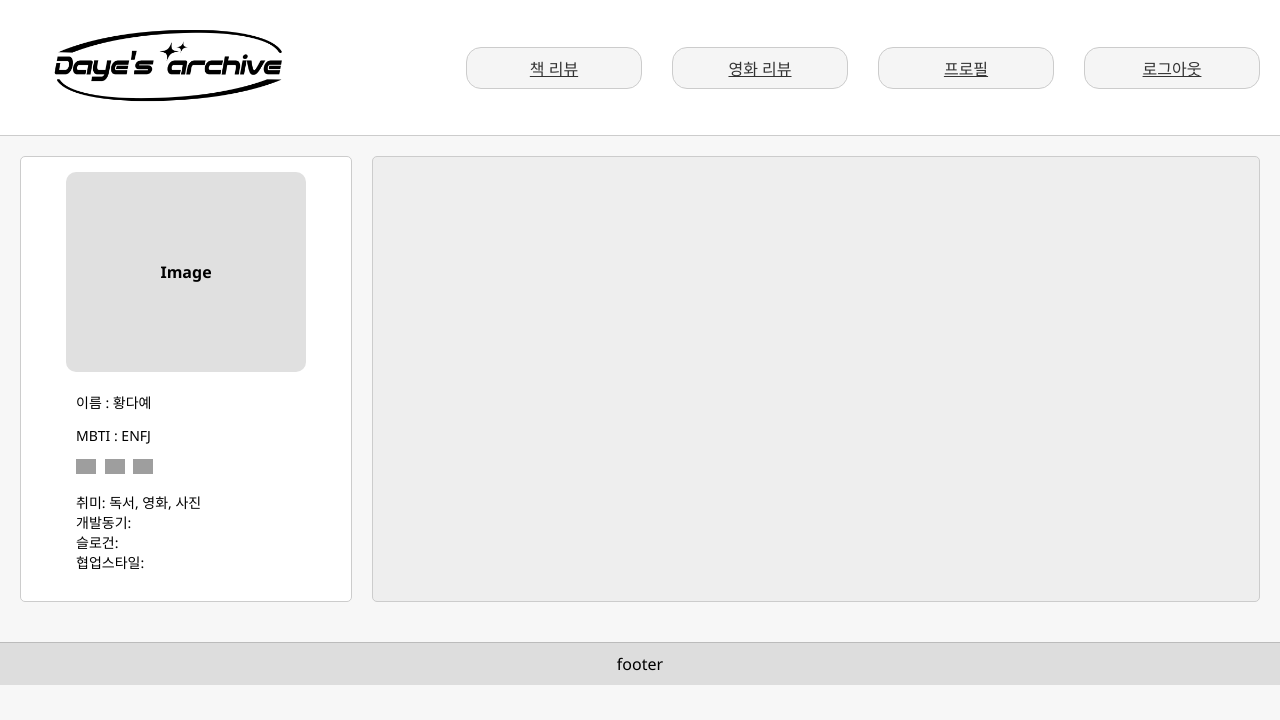
Repository: HWANG-DAYE/spring_project
Page: http://localhost/daye_archive/WEB-INF/views/main.jsp
The author's editor kept a copy of each file at every save. The page is drawn from the files as they stood at one save, then again after the next save.
The browser window is 1280 px wide. The pictures show the whole page.
Pictures or frames that could not be fetched are drawn as grey boxes. The page is served by Tomcat 9. Nobody is signed in. Other server files are loaded and not shown. The template is opened directly, without the code that normally fills it, so the values that code supplies are empty.

Above is the page before, as saved 2025-08-06 06:10:26.

### daye_archive/src/main/webapp/WEB-INF/views/main.jsp
<%@ page language="java" contentType="text/html; charset=UTF-8"
	pageEncoding="UTF-8"%>
<%@ taglib uri="http://java.sun.com/jsp/jstl/core" prefix="c"%>
<!DOCTYPE html>
<html lang="ko">
<head>
<meta charset="UTF-8">
<title>메인 페이지</title>
<style>
body {
	margin: 10px;
	font-family: 'Segoe UI', Tahoma, Geneva, Verdana, sans-serif;
	background-color: #f7f7f7;
}

header {
	display: flex;
	justify-content: space-between;
	align-items: center;
	padding: 10px 20px;
	background-color: #ffffff;
	border-bottom: 1px solid #ccc;
}


.container {
	display: flex;
	padding: 20px;
}

.profile {
	width: 300px;
	background-color: #fff;
	border: 1px solid #ccc;
	padding: 15px;
	border-radius: 5px;
	margin-right: 20px;
	text-align: center;
	align-items: center;
}

.profile .image-box {
	width: 80%;
	height: 200px;
	background-color: #e0e0e0;
	border-radius: 10px;
	margin: 0 auto 10px; /* 가운데 정렬을 위해 수정 */
	display: flex;
	justify-content: center;
	align-items: center;
	font-weight: bold;
}

.profile .info {
	text-align: left;
	font-size: 14px;
	margin-top: 20px;
	margin-left: 40px;
}

.profile .sns {
	margin: 8px 0;
}

.profile .sns img {
	width: 20px;
	margin-right: 5px;
}

.content {
	flex: 1;
	background-color: #eeeeee;
	border: 1px solid #ccc;
	border-radius: 5px;
	min-height: 400px;
}

footer {
	text-align: center;
	padding: 10px;
	background-color: #ddd;
	border-top: 1px solid #bbb;
	margin-top: 20px;
}
</style>
</head>
<body>

	<header>
		<jsp:include page="navi.jsp" />
	</header>

	<div class="container">
		<div class="profile">
			<div class="image-box">Image</div>
			<div class="info">
				<p>이름 : 황다예</p>
				<p>MBTI : ENFJ</p>
				<div class="sns">
					<img src="img/github.png" alt="GitHub"> <img
						src="img/velog.png" alt="Velog"> <img src="img/notion.png"
						alt="Notion">
				</div>
				<p>
					취미: 독서, 영화, 사진<br> 개발동기: <br> 슬로건: <br> 협업스타일:
				</p>
			</div>
		</div>

		<div class="content">
			<!-- 중앙 컨텐츠 영역 -->
		</div>
	</div>

	<footer> footer </footer>

</body>
</html>

### daye_archive/src/main/webapp/WEB-INF/views/navi.jsp
<%@ page language="java" contentType="text/html; charset=UTF-8"
	pageEncoding="UTF-8"%>
<!DOCTYPE html>
<html>
<head>
<meta charset="UTF-8">
<title>Insert title here</title>
<style>
body {
	margin: 0;
	font-family: 'Segoe UI', Tahoma, Geneva, Verdana, sans-serif;
	background-color: #f7f7f7;
}

header {
	display: flex;
	align-items: center;
	padding: 10px 20px;
	background-color: #ffffff;
	border-bottom: 1px solid #ccc;
}

.logo-img {
	height: 80px;
	padding: 15px 30px;
	object-fit: contain;
}

.container {
	display: flex;
	padding: 20px;
}

.nav-links {
	display: flex;
	gap: 30px;
}

.nav-links a {
	width: 150px;
	heigh: 100px;
	text-align: center;
	color: #333;
	padding: 8px 12px;
	border-radius: 15px;
	border: 1px solid #ccc;
	background-color: #f5f5f5;
	transition: background-color 0.2s;
}

.nav-links a:hover {
	background-color: #e0e0e0;
}
</style>
</head>
<body>
	<!-- navi.jsp -->
	<div class="logo">
		<a href="main.jsp"> <img
			src="${pageContext.request.contextPath}/resources/images/logo1.png"
			alt="Logo" class="logo-img">
		</a>
	</div>

	<nav class="nav-links">
		<a href="bookList.jsp">책 리뷰</a> <a href="movieList.jsp">영화 리뷰</a> <a
			href="profile.jsp">프로필</a> <a href="logout.jsp">로그아웃</a>
	</nav>


</body>
</html>

After the next save:
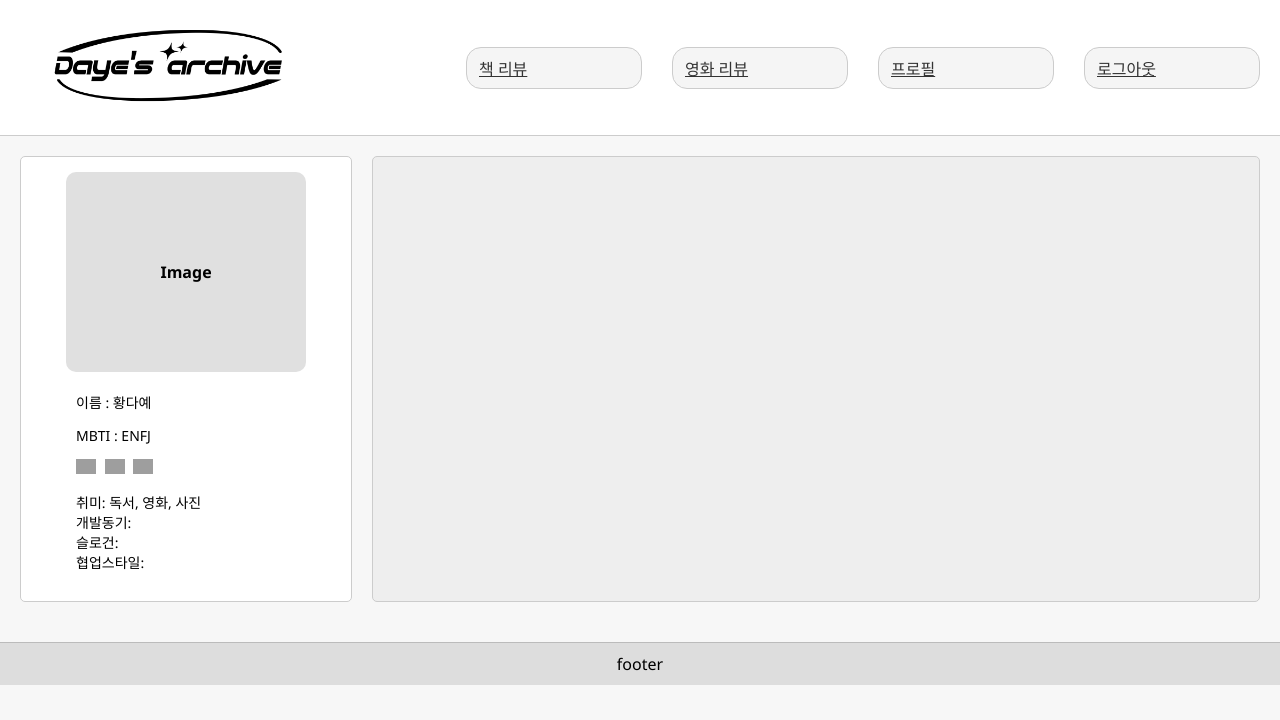
Saved 94 s later.
--- a/daye_archive/src/main/webapp/WEB-INF/views/navi.jsp
+++ b/daye_archive/src/main/webapp/WEB-INF/views/navi.jsp
@@ -46,6 +46,7 @@
 	border: 1px solid #ccc;
 	background-color: #f5f5f5;
 	transition: background-color 0.2s;
+	text-align: left;
 }
 
 .nav-links a:hover {

After the save that followed:
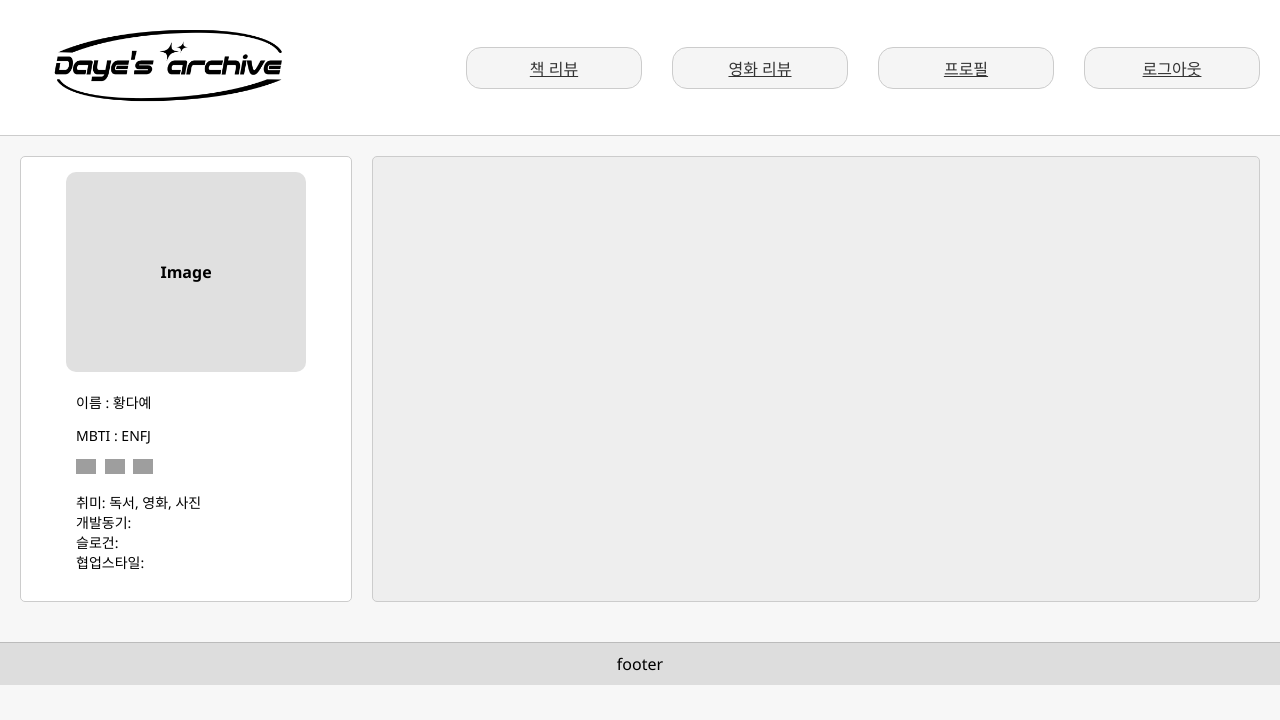
Saved 19 s later.
--- a/daye_archive/src/main/webapp/WEB-INF/views/navi.jsp
+++ b/daye_archive/src/main/webapp/WEB-INF/views/navi.jsp
@@ -46,7 +46,7 @@
 	border: 1px solid #ccc;
 	background-color: #f5f5f5;
 	transition: background-color 0.2s;
-	text-align: left;
+	align-items: left;
 }
 
 .nav-links a:hover {
